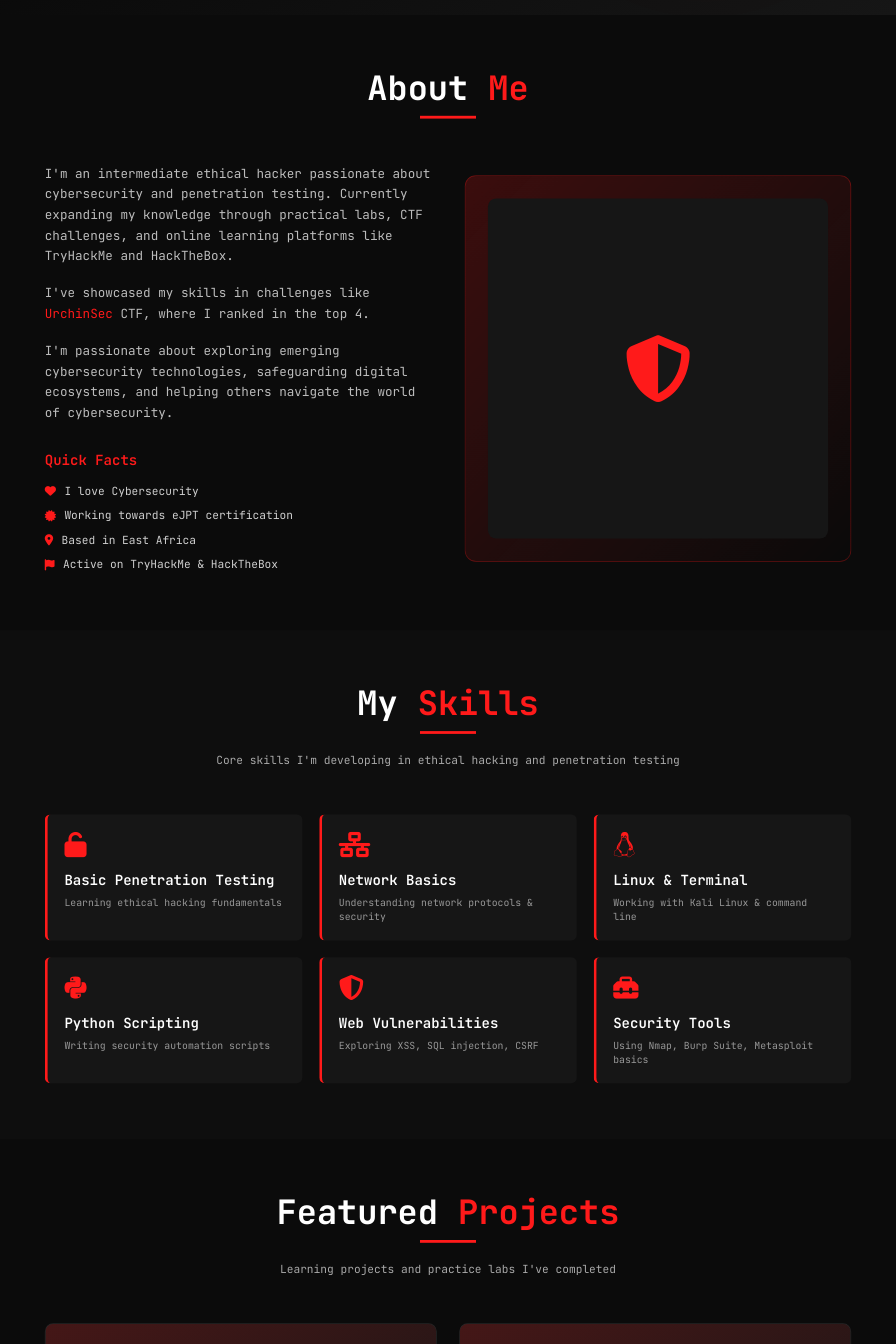
Repository: Eyub-Abdi/portfolio
Page: /
An editor plug-in stored every save of this project. The page is shown before and after the next save, followed by the edit.
The browser window is 1280 px wide. The pictures show the part of the page from y = 699 to 2619 px (the page is 5001 px tall before and 5036 px after), at 70% of full size.
The project was rebuilt for these pictures with package versions that can differ from the ones it lists, and the page was loaded fresh each time. Also part of the build but not shown: vite.config.ts.

Above is the page before, as saved 2025-12-02 12:33:44.

After the next save:
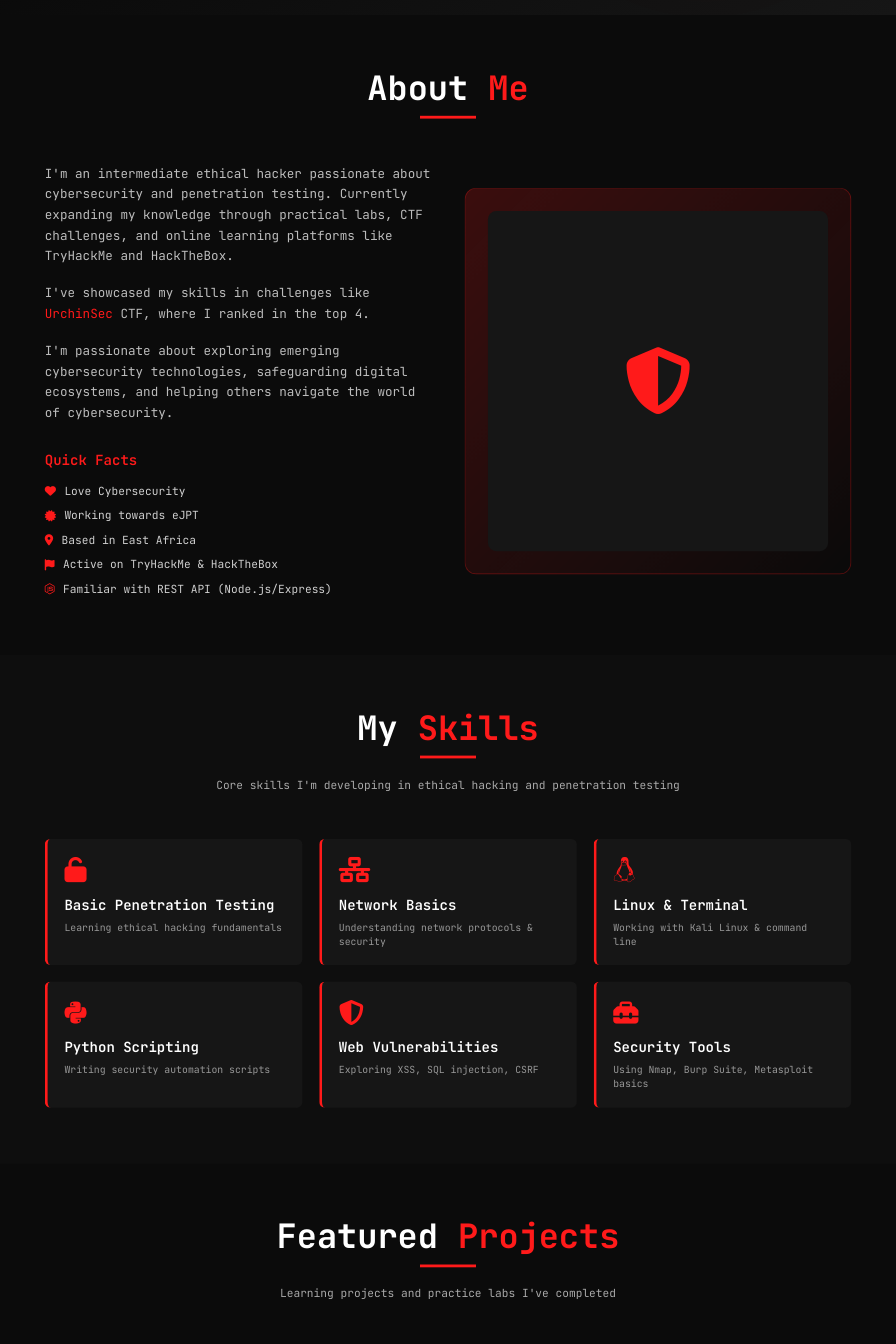
Saved 9 min 19 s later.
--- a/src/App.tsx
+++ b/src/App.tsx
@@ -231,11 +231,11 @@ function App() {
                 <ul className="space-y-2">
                   <li className="flex items-center gap-3">
                     <i className="fa-solid fa-heart text-red-terminal"></i>
-                    <span>I love Cybersecurity</span>
+                    <span>Love Cybersecurity</span>
                   </li>
                   <li className="flex items-center gap-3">
                     <i className="fa-solid fa-certificate text-red-terminal"></i>
-                    <span>Working towards eJPT certification</span>
+                    <span>Working towards eJPT</span>
                   </li>
                   <li className="flex items-center gap-3">
                     <i className="fa-solid fa-location-dot text-red-terminal"></i>
@@ -244,6 +244,10 @@ function App() {
                   <li className="flex items-center gap-3">
                     <i className="fa-solid fa-flag text-red-terminal"></i>
                     <span>Active on TryHackMe & HackTheBox</span>
+                  </li>
+                  <li className="flex items-center gap-3">
+                    <i className="fa-brands fa-node-js text-red-terminal"></i>
+                    <span>Familiar with REST API (Node.js/Express)</span>
                   </li>
                 </ul>
               </div>
